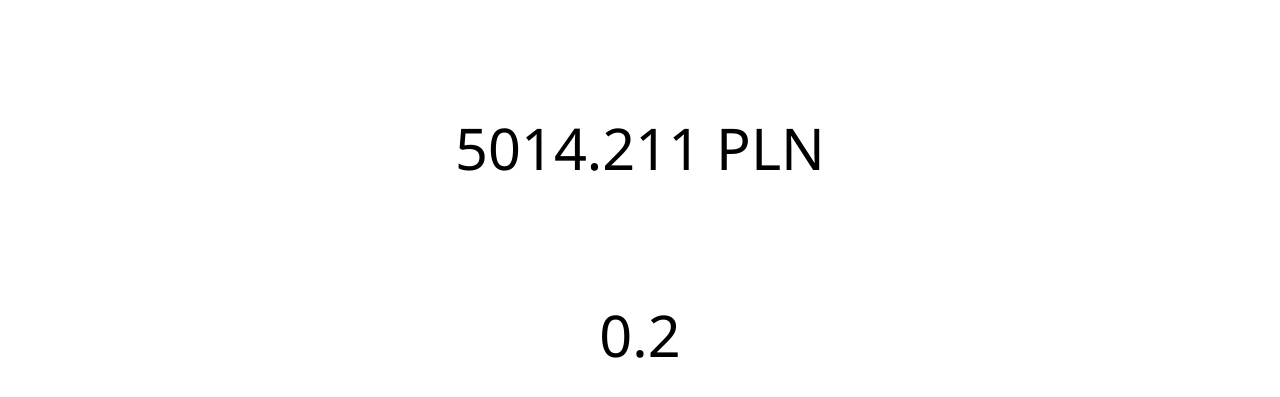
Repository: michalgornicki/bitcoin-virtual
Page: /
These files come from the project's save history. The page is drawn as it stood at one moment and after a run of saves; the edit follows.
The browser window is 1280 px wide. The pictures show the whole page.
The project was rebuilt for these pictures with package versions that can differ from the ones it lists, and the page was loaded fresh each time.

Above is the page before, as saved 2021-12-05 20:47:08.

### src/App.jsx
import React, { useState, useEffect } from 'react';
import './App.css';

function App() {

const [bitcoinPrice, setBitcoinPrice] = useState(5000);
const [plnPrice, setPlnPrice] = useState(0.2);


const bitcoin = () => {
  let randomNumber = parseFloat((Math.random()*20 - 10).toFixed(3));
  setBitcoinPrice((bitcoinPrice) => parseFloat((bitcoinPrice + randomNumber).toFixed(3)));
  console.log(bitcoinPrice);
  setTimeout(bitcoin, 1000);
}

const pln = () => {
  setPlnPrice(1000/bitcoinPrice);
  setTimeout(pln, 1000);
}



useEffect(() => {
  bitcoin();
  pln();
}, []);

  return (
    <p>
      <div className="price">{bitcoinPrice} PLN</div>
      <div className="price">{plnPrice}</div>
    </p>
  );
}

export default App;

### src/App.css
body{
    font-family:'Segoe UI', Tahoma, Geneva, Verdana, sans-serif;
}

.price{
    font-size: 8vmin;
    display: block;
    margin: auto;
    margin-top: 15vmin;
    text-align: center;
    width: 30%;
}

Loaded but not shown: public/index.html (common file); src/index.js (common file); src/index.css (common file); src/reportWebVitals.js (common file)

After the next 5 saves:
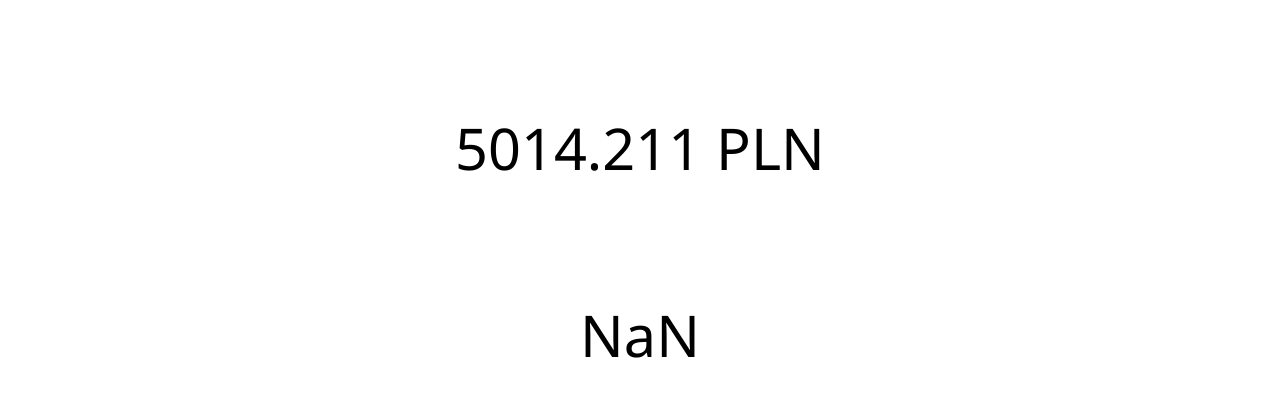
The 5 saves are shown as one change because they came seconds apart.
The last was saved 66 s later.
--- a/src/App.jsx
+++ b/src/App.jsx
@@ -15,6 +15,7 @@
 }
 
 const pln = () => {
+  let bitcoinPrice
   setPlnPrice(1000/bitcoinPrice);
   setTimeout(pln, 1000);
 }

After the 5 saves that followed:
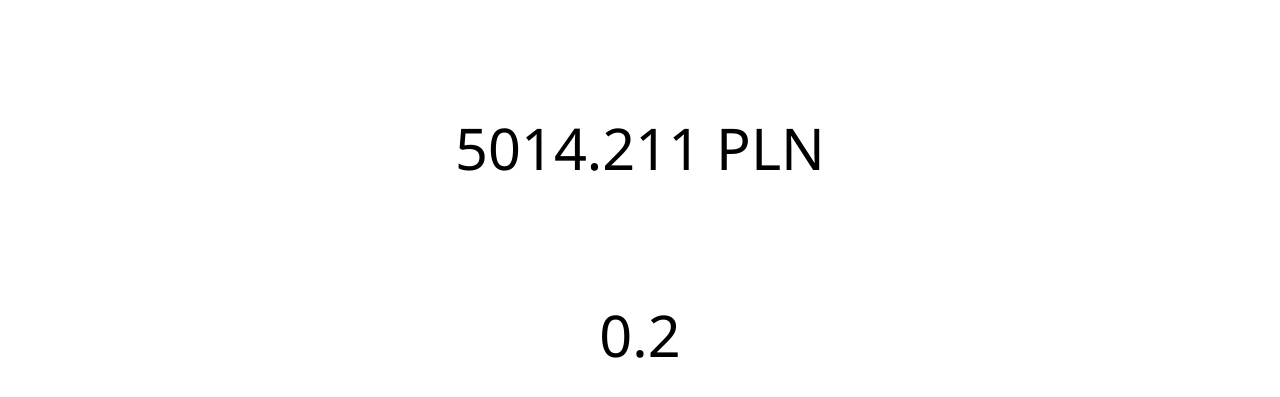
The 5 saves are shown as one change because they came seconds apart.
The last was saved 12 s later.
--- a/src/App.jsx
+++ b/src/App.jsx
@@ -15,7 +15,7 @@
 }
 
 const pln = () => {
-  let bitcoinPrice
+  let btc = bitcoinPrice;
   setPlnPrice(1000/bitcoinPrice);
   setTimeout(pln, 1000);
 }
